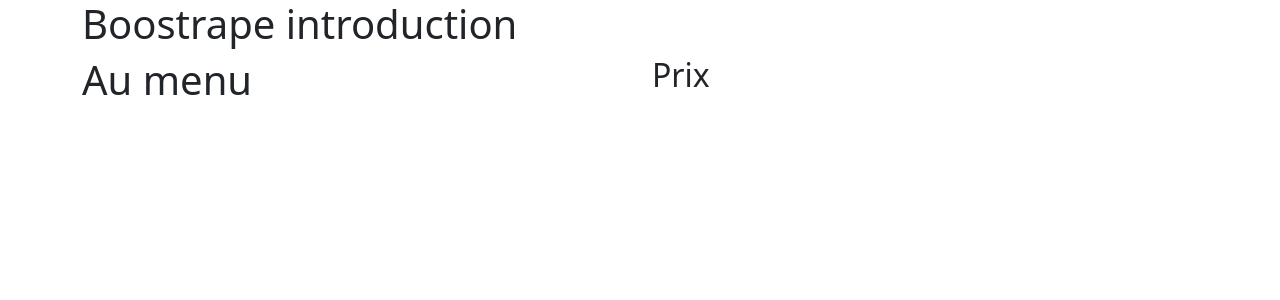
Repository: feyroozecode/meta_backed_dev_coursera
Page: intro-boostrape/index.html
An editor plug-in stored every save of this project. The page is shown before and after the next save, followed by the edit.
The browser window is 1280 px wide. The pictures show the whole page.

Above is the page before, as saved 2023-07-06 15:19:47.

### intro-boostrape/index.html
<!DOCTYPE html>
<html lang="en">
<head>
    <meta charset="UTF-8">
    <meta name="viewport" content="width=device-width, initial-scale=1.0">
    <link href="https://cdn.jsdelivr.net/npm/bootstrap@5.2.3/dist/css/bootstrap.min.css" rel="stylesheet"  />
    <title>Intro Boostrap</title>
</head>
<body>

<div>
    <h1 class=" container ">Boostrape introduction </h1>

    <div  class="container bg-center">
        <div class="row">
            <div class="col">
                <h1>Au menu</h1>
            </div>
            <div class="col">
                <h2>
                    Prix
                </h2>
            </div>
        </div>
    </div>

</div>


    <script src="https://cdn.jsdelivr.net/npm/bootstrap@5.2.3/dist/js/bootstrap.min.js" integrity="sha384-cuYeSxntonz0PPNlHhBs68uyIAVpIIOZZ5JqeqvYYIcEL727kskC66kF92t6Xl2V" crossorigin="anonymous"></script>

</body>
</html>

After the next save:
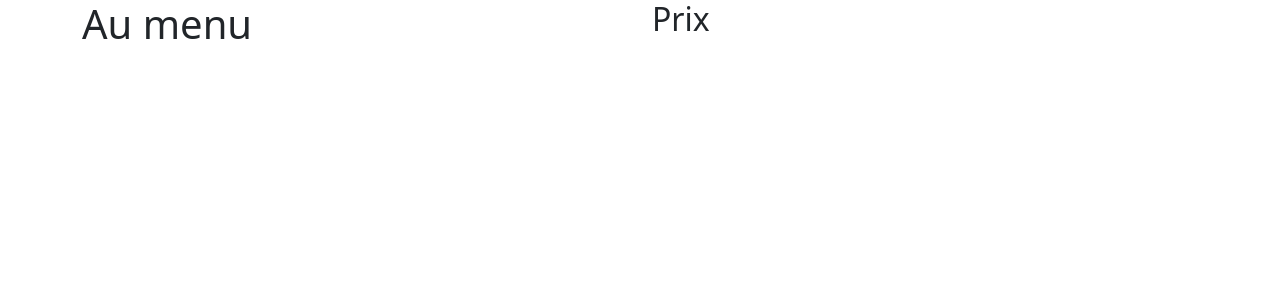
Saved 7 s later.
--- a/intro-boostrape/index.html
+++ b/intro-boostrape/index.html
@@ -9,7 +9,6 @@
 <body>
 
 <div>
-    <h1 class=" container ">Boostrape introduction </h1>
 
     <div  class="container bg-center">
         <div class="row">
